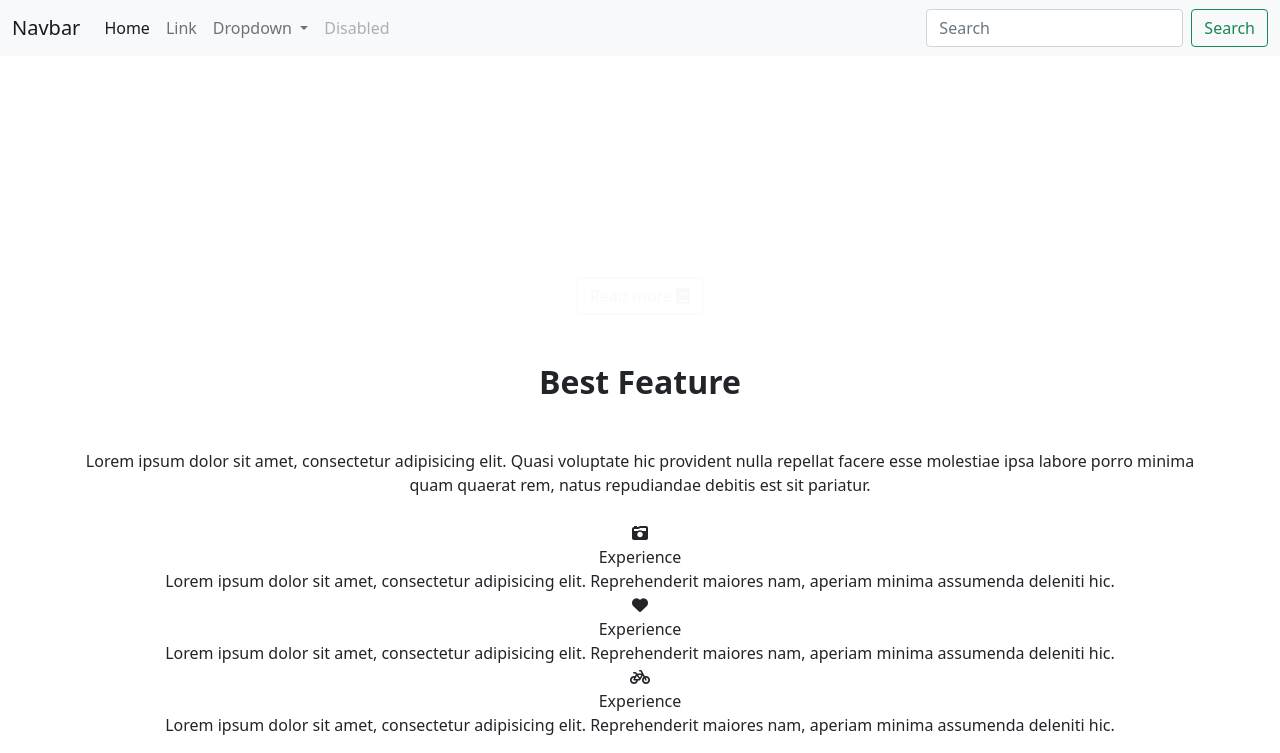
Repository: nptg3105/lab04-landing-page-boostrap5
Page: index.html
An editor plug-in stored every save of this project. The page is shown before and after the next save, followed by the edit.
The browser window is 1280 px wide. The pictures show the whole page.

Above is the page before, as saved 2021-12-19 10:13:27.

After the next save:
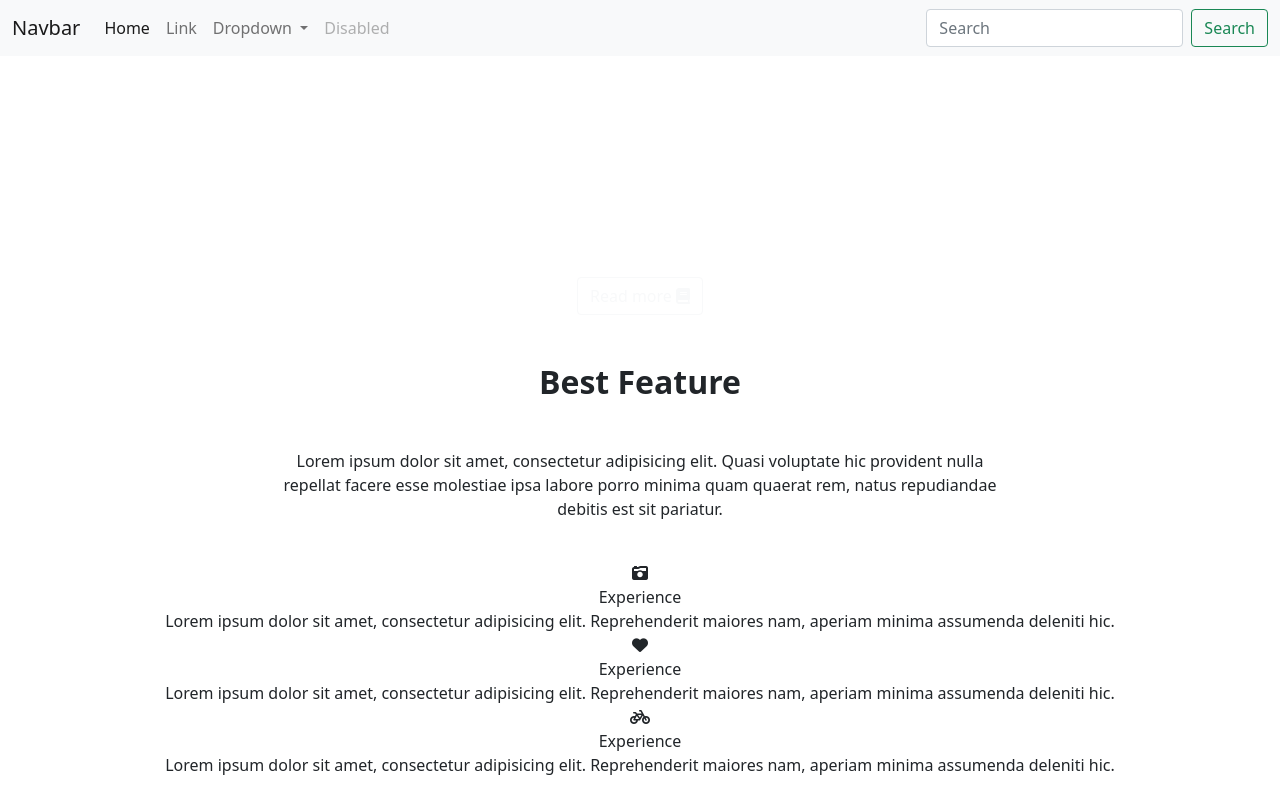
Saved 27 s later.
--- a/index.html
+++ b/index.html
@@ -90,7 +90,11 @@
       <div class="feature text-center mt-5">
         <div class="container">
           <h2 class="feature__heading fw-bold mb-5">Best Feature</h2>
-          <div class="feature__detail row d-flex justify-content-center mb-4">Lorem ipsum dolor sit amet, consectetur adipisicing elit. Quasi voluptate hic provident nulla repellat facere esse molestiae ipsa labore porro minima quam quaerat rem, natus repudiandae debitis est sit pariatur.</div>
+          <div class="feature__detail row d-flex justify-content-center mb-4">
+            <div class="col-md-8">
+              <p>Lorem ipsum dolor sit amet, consectetur adipisicing elit. Quasi voluptate hic provident nulla repellat facere esse molestiae ipsa labore porro minima quam quaerat rem, natus repudiandae debitis est sit pariatur.</p>
+            </div>
+            </div>
           <div class="feature__list">
             <div class="feature__item">
               <div class="feature__icon"><i class="fas fa-camera-retro"></i></div>
